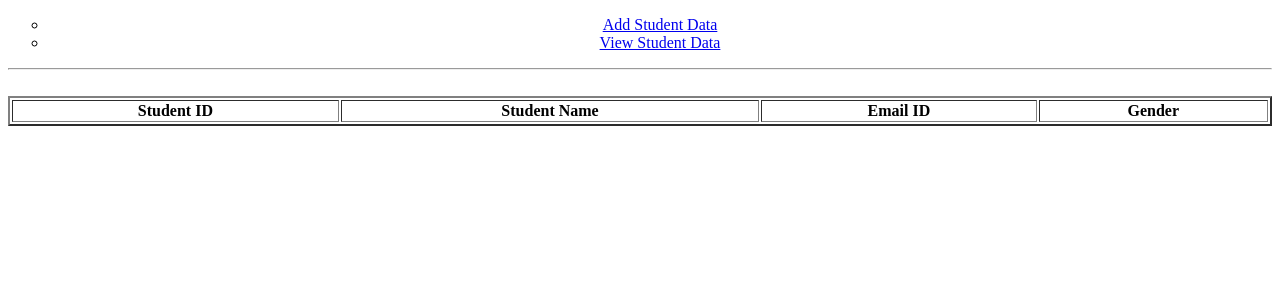
Repository: KrishMoradiya/Aixtor-Training-Projects-Backup
Page: http://localhost/Students/StudentData.jsp
These files come from the project's save history. The page is drawn as it stood at one moment and after the next save; the edit follows.
The browser window is 1280 px wide. The pictures show the whole page.
The page is served by Tomcat 10. Other server files are loaded and not shown. Queries for data that is not in the repository find no rows.

Above is the page before, as saved 2023-12-20 16:58:32.

### Workspace - Eclipse Enterprise Edition/Students/src/main/webapp/StudentData.jsp
<%@ page language="java" contentType="text/html; charset=UTF-8"
    pageEncoding="UTF-8"%>
<%@taglib uri="http://java.sun.com/jsp/jstl/sql" prefix="sql" %>
<%@ taglib uri="http://java.sun.com/jsp/jstl/core" prefix="c"%>
<%@ taglib uri="http://java.sun.com/jsp/jstl/sql" prefix="sql"%>
<!DOCTYPE html PUBLIC "-//W3C//DTD HTML 4.01 Transitional//EN" "http://www.w3.org/TR/html4/loose.dtd">
<html>
<head>
<meta http-equiv="Content-Type" content="text/html; charset=UTF-8">
<title>Insert title here</title>
</head>
<body>
	<jsp:include page="header.jsp"></jsp:include>

	<center>
		<sql:setDataSource var="db" driver="com.mysql.jdbc.Driver" url="jdbc:mysql://localhost/student" user="root"  password="root"/>
		<sql:query dataSource="${db}" var="rs">SELECT * from studentdata;</sql:query>
		<table border="2" width="100%">
		<tr>
			<th>Student ID</th>
			<th>Student Name</th>
			<th>Email ID</th>
			<th>Gender</th>
		</tr>
			<c:forEach var="table" items="${rs.rows}">
				<tr>
					<td><c:out value="${table.id}"/></td>
					<td><c:out value="${table.First_Name}"/></td>
					<td><c:out value="${table.Last_Name}"/></td>
					<td><c:out value="${table.Age}"/></td>
				</tr>
			</c:forEach>
		</table>
	</center>
</body>
</html>

### Workspace - Eclipse Enterprise Edition/Students/src/main/webapp/header.jsp
<%@ page language="java" contentType="text/html; charset=UTF-8"
    pageEncoding="UTF-8"%>
<!DOCTYPE html PUBLIC "-//W3C//DTD HTML 4.01 Transitional//EN" "http://www.w3.org/TR/html4/loose.dtd">
<html>
<head>
<meta http-equiv="Content-Type" content="text/html; charset=UTF-8">
<title>Insert title here</title>
</head>
<body>
	<center>
		<ul type="circle">
			<li><a href="RegisterStudent.jsp">Add Student Data</a></li>
			<li><a href="RegisterStudent.jsp">View Student Data</a></li>
		</ul>
		<hr><br>
	</center>
</body>
</html>

After the next save:
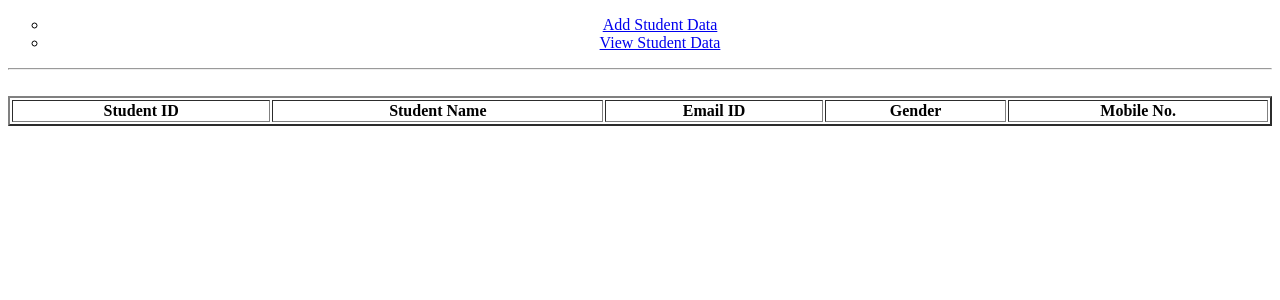
Saved 61 s later.
--- a/Workspace - Eclipse Enterprise Edition/Students/src/main/webapp/StudentData.jsp
+++ b/Workspace - Eclipse Enterprise Edition/Students/src/main/webapp/StudentData.jsp
@@ -21,13 +21,14 @@
 			<th>Student Name</th>
 			<th>Email ID</th>
 			<th>Gender</th>
+			<th>Mobile No.</th>
 		</tr>
-			<c:forEach var="table" items="${rs.rows}">
+			<c:forEach var="data" items="${rs.rows}">
 				<tr>
-					<td><c:out value="${table.id}"/></td>
-					<td><c:out value="${table.First_Name}"/></td>
-					<td><c:out value="${table.Last_Name}"/></td>
-					<td><c:out value="${table.Age}"/></td>
+					<td><c:out value="${data.id}"/></td>
+					<td><c:out value="${data.name}"/></td>
+					<td><c:out value="${data.email}"/></td>
+					<td><c:out value="${data.gender}"/></td>
 				</tr>
 			</c:forEach>
 		</table>
